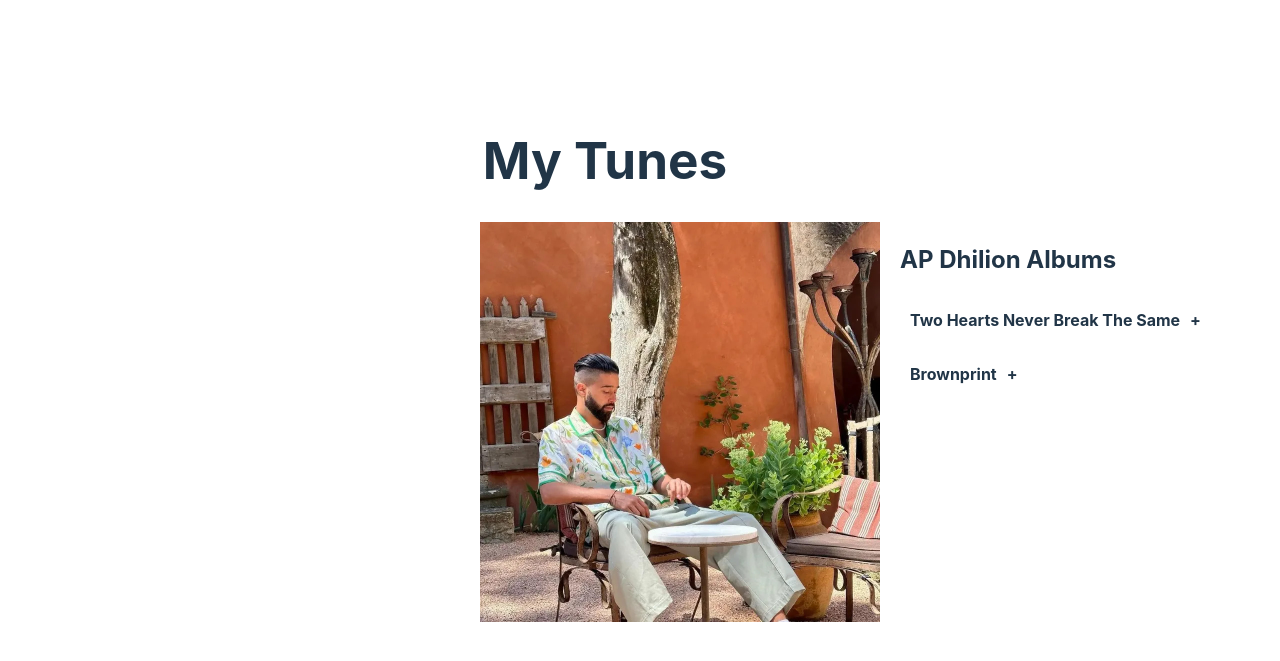
Repository: GavinPahal/my_app
Page: / (app in react/)
An editor plug-in stored every save of this project. The page is shown before and after the next save, followed by the edit.
The browser window is 1280 px wide. The pictures show the whole page.
The project was rebuilt for these pictures with package versions that can differ from the ones it lists, and the page was loaded fresh each time. Also part of the build but not shown: react/vite.config.js.

Above is the page before, as saved 2024-09-15 19:10:54.

### react/src/App.jsx
import { useState } from 'react'
import ap from '/Untitled-34.jpg'
import './App.css'

function App() {
  return (
    <>
    <h1 className='heading'>My Tunes</h1>
    <div className="container">
      <img src={ap} alt="Vite logo" width={400} height={400}/>
      <div className="album">
      <h2>AP Dhilion Albums</h2>
        <details name="reqs">
          <summary>Two Hearts Never Break The Same</summary>
          <ol>
            <li>All Night(Live)</li>
            <li>Hills</li>
            <li>SummerHigh</li>
            <li>Wo Noor</li>
            <li>Dil Nu</li>
          </ol>
        </details>
        <details name="reqs">
          <summary>Brownprint</summary>
          <ol>
            <li>Brownprint</li>
            <li>315</li>
            <li>Old Money</li>
            <li>Losing Myself</li>
            <li>Distance</li>
            <li>After Midnight</li>
            <li>Bora Bora</li>
            <li>Sweet Flower</li>
            <li>To Be Contuined</li>
          </ol>
        </details>
      </div>
    </div>
    </>
  )
}

export default App

### react/src/App.css
.container {
  display: flex;
  justify-content: center;
  align-items: flex-start;
  margin-top: 20px;
  margin-left: 30rem;
}

.heading{
 text-align: center;
}

img {
  margin-right: 20px;
}

.album {
  display: flex;
  flex-direction: column;
}

details {
  width: 100%;
  margin-bottom: 10px;
  padding: 10px;
  position: relative;
}

summary {
  font-weight: bold;
  cursor: pointer;
  position: relative;
  padding-right: 20px;
  list-style: none;
}

details :hover {
  color: #000000;
}

summary::after {
  content: '+';
  position: absolute;
  padding-left: 10px;
}

details[open] summary::after {
  content: '-';
}

Loaded but not shown: react/index.html (common file); react/src/main.jsx (common file); react/src/index.css (common file)

After the next save:
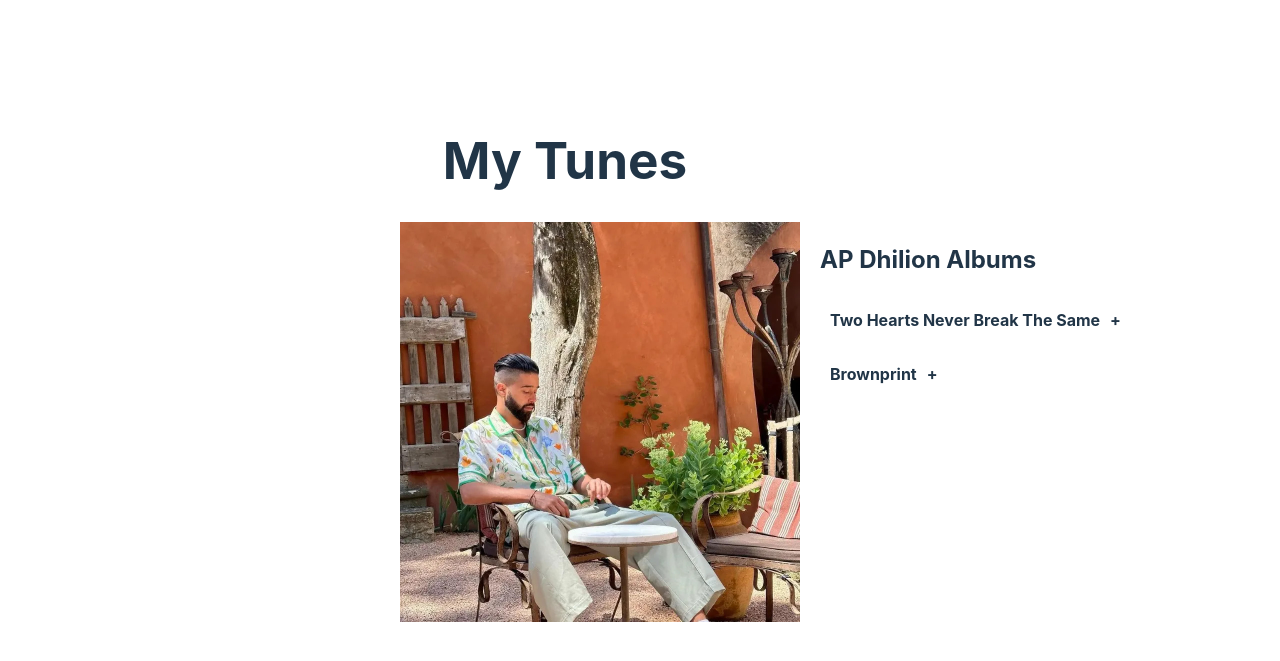
Saved 6 s later.
--- a/react/src/App.css
+++ b/react/src/App.css
@@ -3,7 +3,7 @@
   justify-content: center;
   align-items: flex-start;
   margin-top: 20px;
-  margin-left: 30rem;
+  margin-left: 25rem;
 }
 
 .heading{
